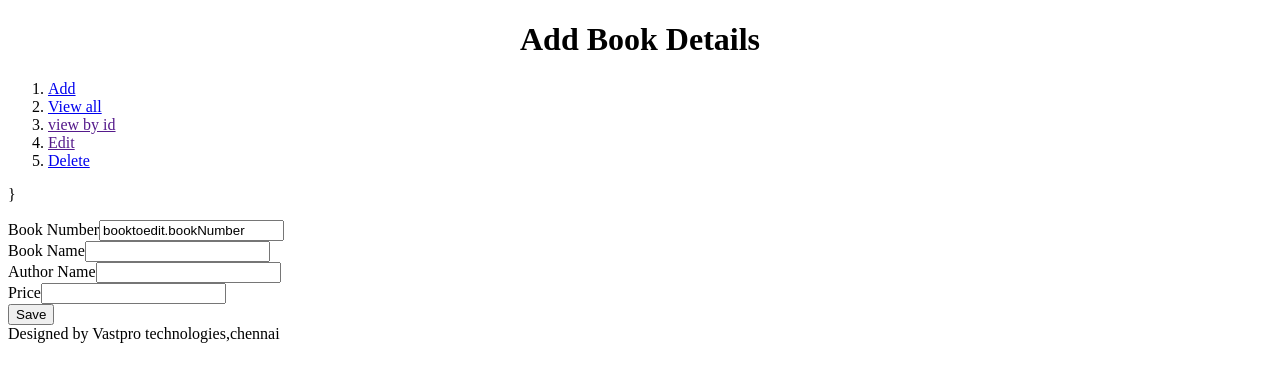
Repository: Balamurugan1914/crud_operation_without_db
Page: http://localhost/Java_bean/addbook.jsp
These files come from the project's save history. The page is drawn as it stood at one moment and after the next save; the edit follows.
The browser window is 1280 px wide. The pictures show the whole page.
The page is served by Tomcat 9. The template is opened directly, without the code that normally fills it, so the values that code supplies are empty.

Above is the page before, as saved 2022-06-21 10:08:17.

After the next save:
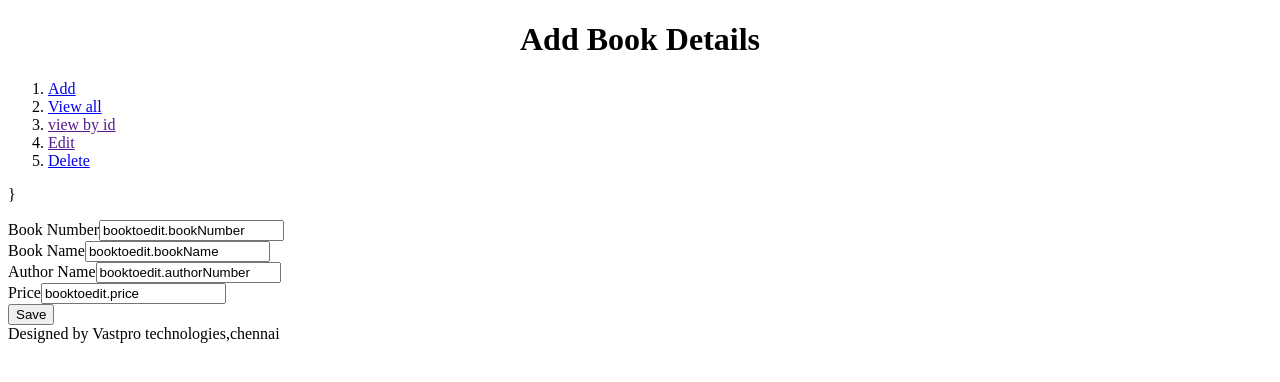
Saved 101 s later.
--- a/Java_bean/src/main/webapp/addbook.jsp
+++ b/Java_bean/src/main/webapp/addbook.jsp
@@ -23,14 +23,14 @@
 		</div>
 		<div>
 			<label for="bookName">Book Name</label><input type="text"
-				name="bookName" />
+				name="bookName" value="booktoedit.bookName" />
 		</div>
 		<div>
 			<label for="authorName">Author Name</label><input type="text"
-				name="authorName" />
+				name="authorName" value="booktoedit.authorNumber" />
 		</div>
 		<div>
-			<label for="price">Price</label><input type="text" name="price" />
+			<label for="price">Price</label><input type="text" name="price" value="booktoedit.price" />
 		</div>
 		<input type="submit" value="Save"/>
 
